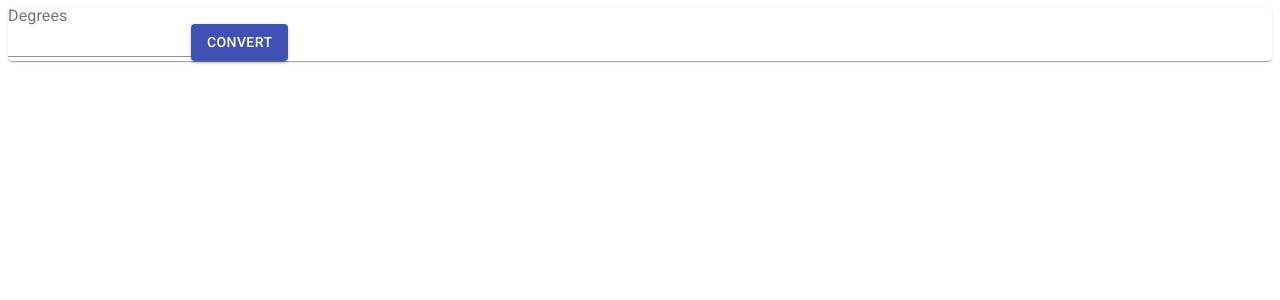
Repository: zum281/temperature-converter
Page: /
An editor plug-in stored every save of this project. The page is shown before and after the next save, followed by the edit.
The browser window is 1280 px wide. The pictures show the whole page.
The project was rebuilt for these pictures with package versions that can differ from the ones it lists, and the page was loaded fresh each time. Also part of the build but not shown: src/index.css.

Above is the page before, as saved 2021-07-09 13:09:20.

After the next save:
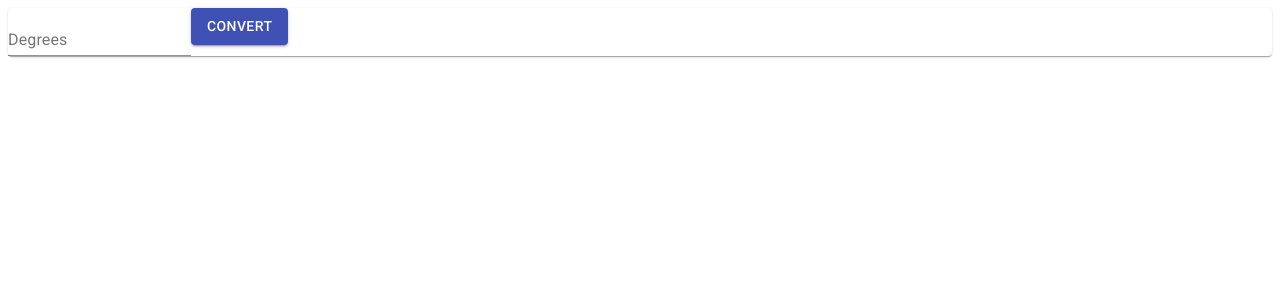
Saved 28 s later.
--- a/src/App.js
+++ b/src/App.js
@@ -1,13 +1,21 @@
 import { makeStyles } from "@material-ui/core/styles";
-import { Paper, Button, Input, InputLabel } from "@material-ui/core";
+import {
+    Paper,
+    Button,
+    Input,
+    InputLabel,
+    FormControl,
+} from "@material-ui/core";
 
 function App() {
     return (
         <div className="App">
             <Paper>
                 <form noValidate autoComplete="off">
-                    <InputLabel htmlFor="degrees">Degrees</InputLabel>
-                    <Input id="degrees" />
+                    <FormControl>
+                        <InputLabel htmlFor="degrees">Degrees</InputLabel>
+                        <Input id="degrees" />
+                    </FormControl>
 
                     <Button variant="contained" color="primary">
                         convert
